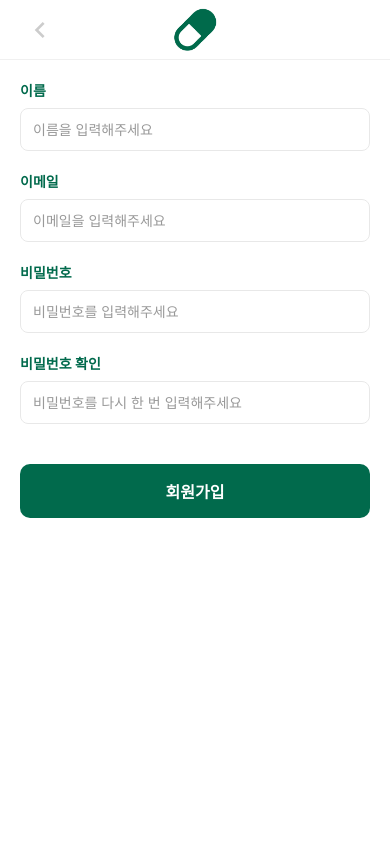
Repository: Sesac-icare/FrontEndiCare
Screen: /SignUp (app in iCare/)
The author's editor kept a copy of each file at every save. The screen is drawn from the files as they stood at one save, then again after the next save.
The app was drawn by React Native's web renderer in a window 390 px wide. The project was rebuilt for these pictures with package versions that can differ from the ones it lists, and the page was loaded fresh each time. Some packages were replaced by stand-ins written for this rebuild. Also part of the build but not shown: iCare/components/Header.js, iCare/components/Contents.js, iCare/components/HospitalList.js, iCare/components/PharmacyList.js, iCare/components/MyPage.js.

Above is the screen before, as saved 2025-02-06 10:06:09.

After the next save:
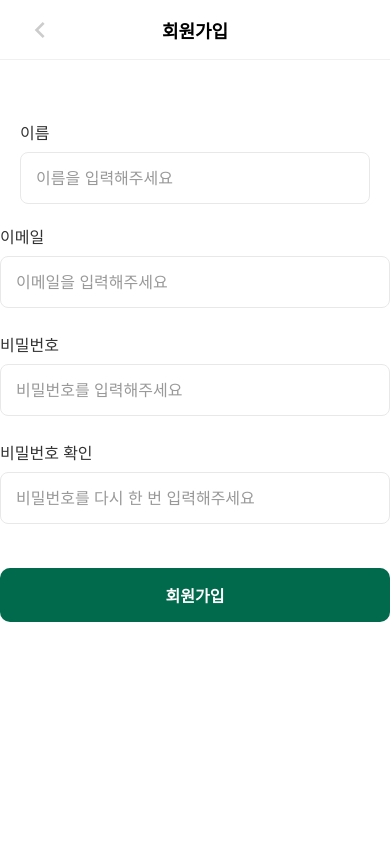
Saved 57 s later.
--- a/iCare/components/auth/SignUp.js
+++ b/iCare/components/auth/SignUp.js
@@ -25,15 +25,11 @@ export default function SignUp() {
           >
             <MaterialIcons name="chevron-left" size={32} color="#CCCCCC" />
           </TouchableOpacity>
-          <Image
-            source={require("../../assets/HeaderGreenLogo.png")}
-            style={styles.logo}
-            resizeMode="contain"
-          />
+          <Text style={styles.headerTitle}>회원가입</Text>
         </View>
 
         <ScrollView style={styles.content}>
-          <View style={styles.inputSection}>
+          <View style={styles.formContainer}>
             <Text style={styles.label}>이름</Text>
             <TextInput
               style={styles.input}
@@ -96,11 +92,16 @@ const styles = StyleSheet.create({
     height: 60,
     flexDirection: "row",
     alignItems: "center",
-    justifyContent: "center",
     borderBottomWidth: 1,
     borderBottomColor: "#f0f0f0",
     backgroundColor: "#fff",
     position: "relative"
+  },
+  headerTitle: {
+    fontSize: 18,
+    fontWeight: "bold",
+    textAlign: "center",
+    flex: 1
   },
   backButton: {
     position: "absolute",
@@ -112,25 +113,29 @@ const styles = StyleSheet.create({
     height: 48
   },
   content: {
-    flex: 1,
-    padding: 20
+    flex: 1
+  },
+  formContainer: {
+    padding: 20,
+    marginTop: 40
   },
   inputSection: {
-    marginBottom: 20
+    marginBottom: 24
   },
   label: {
-    fontSize: 14,
-    color: "#016A4C",
+    fontSize: 16,
+    color: "#333333",
     marginBottom: 8,
-    fontWeight: "600"
+    fontWeight: "500"
   },
   input: {
     borderWidth: 1,
     borderColor: "#E8E8E8",
     borderRadius: 8,
-    padding: 12,
-    fontSize: 14,
-    color: "#222222"
+    padding: 15,
+    fontSize: 16,
+    color: "#222222",
+    backgroundColor: "#fff"
   },
   signUpButton: {
     backgroundColor: "#016A4C",
